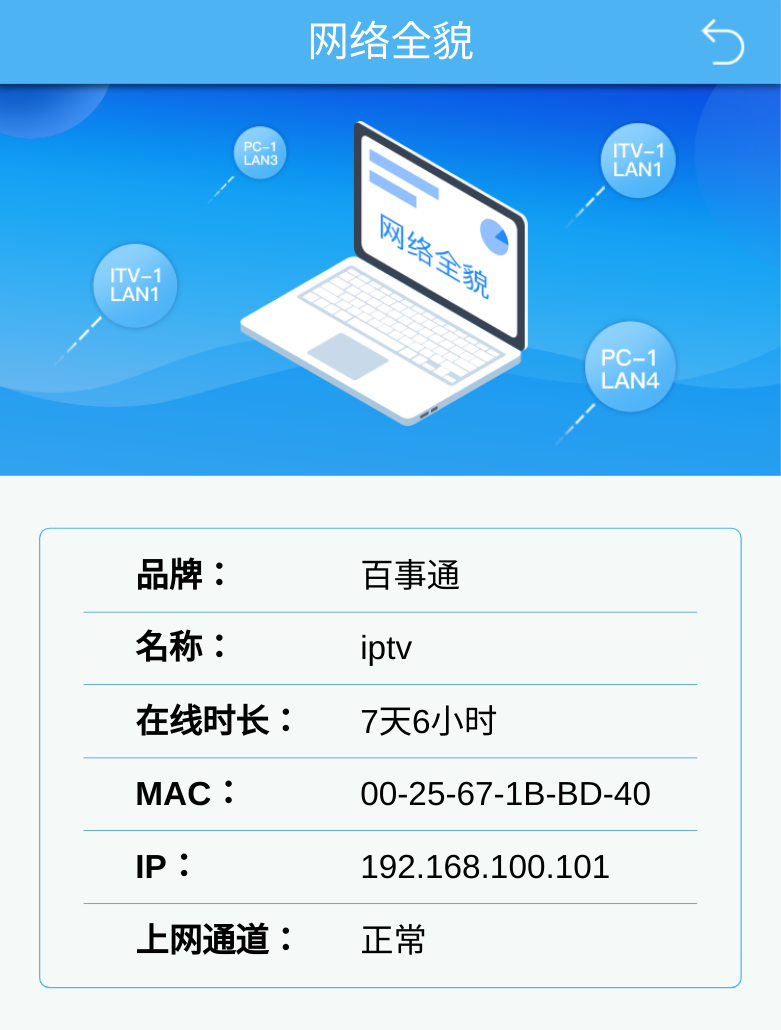
Repository: wangbiaozy/8.24
Page: index_1.html
The author's editor kept a copy of each file at every save. The page is drawn from the files as they stood at one save, then again after the next save.
The browser window is 1280 px wide. The pictures show the whole page, at 61% of full size.

Above is the page before, as saved 2018-08-22 17:01:53.

### index_1.html
<!DOCTYPE html>
<html lang="en">
<head>
    <meta charset="UTF-8">
    <meta name="viewport"
          content="width=device-width, user-scalable=no, initial-scale=1.0, maximum-scale=1.0, minimum-scale=1.0">
    <title>Title</title>
    <link rel="stylesheet" href="css/reset.min.css">
    <link rel="stylesheet/less" href="css/styles_1.less">
    <script src="js/less-1.7.0.min.js"></script>
</head>
<body>
    <header>
        <p>网络全貌</p>
        <a class="back" href="javascript:void(0)"></a>
    </header>
    <section></section>
    <main>
        <ul>
            <li>
                <p>品牌：<span>百事通</span></p>
            </li>
            <li>
                <p>名称：<span>iptv</span></p>
            </li>
            <li>
                <p>在线时长：<span>7天6小时</span></p>
            </li>
            <li>
                <p>MAC：<span>00-25-67-1B-BD-40</span></p>
            </li>
            <li>
                <p>IP：<span>192.168.100.101</span></p>
            </li>
            <li>
                <p>上网通道：<span>正常</span></p>
            </li>
        </ul>
    </main>
</body>
</html>
<script src="js/jquery-1.10.1.min.js"></script>
<script src="js/index.js"></script>

### css/reset.min.css
@charset "utf-8";
/*默认样式清除和初始化*/
body,h1,h2,h3,h4,h5,h6,hr,p,blockquote,dl,dt,dd,ul,ol,li,button,input,textarea,th,td{margin:0;padding:0}body{font-size:12px;font-style:normal;font-family:"\5FAE\8F6F\96C5\9ED1",Helvetica,sans-serif}small{font-size:12px}h1{font-size:18px}h2{font-size:16px}h3{font-size:14px}h4,h5,h6{font-size:100%}ul,ol{list-style:none}a{text-decoration:none;background-color:transparent}a:hover,a:active{outline-width:0;text-decoration:none}table{border-collapse:collapse;border-spacing:0}hr{border:0;height:1px}img{border-style:none}img:not([src]){display:none}svg:not(:root){overflow:hidden}html{-webkit-touch-callout:none;-webkit-text-size-adjust:100%}input,textarea,button,a{-webkit-tap-highlight-color:rgba(0,0,0,0)}article,aside,details,figcaption,figure,footer,header,main,menu,nav,section,summary{display:block}audio,canvas,progress,video{display:inline-block}audio:not([controls]),video:not([controls]){display:none;height:0}progress{vertical-align:baseline}mark{background-color:#ff0;color:#000}sub,sup{position:relative;font-size:75%;line-height:0;vertical-align:baseline}sub{bottom:-0.25em}sup{top:-0.5em}button,input,select,textarea{font-size:100%;outline:0}button,input{overflow:visible}button,select{text-transform:none}textarea{overflow:auto}button,html [type="button"],[type="reset"],[type="submit"]{-webkit-appearance:button}button::-moz-focus-inner,[type="button"]::-moz-focus-inner,[type="reset"]::-moz-focus-inner,[type="submit"]::-moz-focus-inner{border-style:none;padding:0}button:-moz-focusring,[type="button"]:-moz-focusring,[type="reset"]:-moz-focusring,[type="submit"]:-moz-focusring{outline:1px dotted ButtonText}[type="checkbox"],[type="radio"]{box-sizing:border-box;padding:0}[type="number"]::-webkit-inner-spin-button,[type="number"]::-webkit-outer-spin-button{height:auto}[type="search"]{-webkit-appearance:textfield;outline-offset:-2px}[type="search"]::-webkit-search-cancel-button,[type="search"]::-webkit-search-decoration{-webkit-appearance:none}::-webkit-input-placeholder{color:inherit;opacity:.54}::-webkit-file-upload-button{-webkit-appearance:button;font:inherit}.clear:after{display:block;height:0;content:"";clear:both}
*{ -webkit-tap-highlight-color: rgba(0,0,0,0);-webkit-tap-highlight-color: transparent; /* For some Androids */ }

### js/index.js
(function (doc, win) {
    var docEl = doc.documentElement,
        resizeEvt = 'orientationchange' in window ? 'orientationchange' : 'resize',
        recalc = function () {
            var clientWidth = docEl.clientWidth;
            if (!clientWidth) return;
            docEl.style.fontSize = 100 * (clientWidth / 750) + 'px';
        };
    if (!doc.addEventListener) return;
    win.addEventListener(resizeEvt, recalc, false);
    doc.addEventListener('DOMContentLoaded', recalc, false);
})(document, window);
$(function () {

    //一键体检
    $('#beforeBtn').on('click',function(){
        $('.before').hide();
        $('.check').show();
        $('.progress').circleProgress({
            value: 1,
            size: 115,
            startAngle: Math.PI/2,
            thickness: 14,
            animation: {duration:12000},//进度条完成时间（ms）
            fill: {
                gradient: ["#32edfd"]
            },
            //circle-animation-start：	function(event)-event - jQ事件
            //circle-animation-progress：	function(event, animationProgress, stepValue)：-event - jQ事件 animationProgress - 从0.0到1.0stepValue - 当前的步长值，从0.0到value
            //circle-animation-end:	function(event)：-event - jQ事件
        }).on('circle-animation-progress', function (event, progress, stepValue) {
                $(this).find('span').html(parseInt(stepValue.toFixed(2) * 100));
        }).on('circle-animation-end',function(){
            $('.message').removeClass('move');
            stop();
            $('.check').hide();
            $('.result').show();
        });
        start();
        messageMove();
    });


    //检查项滚动
    var messageInnerText = '1111';
    function messageScroll(){
        $('.message').children('li:first-child').remove();
        $('.message').append('<li>'+messageInnerText+'</li>');
        if(!$('.message').hasClass('move')){
            window.clearInterval(timer);
        }
    }
    function messageMove(){
        timer = window.setInterval(messageScroll,500);
    }


    //检测时间
    var hour,minute,second;
    hour=minute=second=0;
    var millisecond=0;
    var int;
    function start(){
        int=setInterval(times,50);
    }
    function times(){
        millisecond=millisecond+50;
        if(millisecond>=1000){
            millisecond=0;
            second=second+1;
        }
        if(second>=60){
            second=0;
            minute=minute+1;
        }

        if(minute>=60){
            minute=0;
            hour=hour+1;
        }
      $('#timeText').text((hour<10?"0"+hour:hour)+':'+(minute<10?"0"+minute:minute)+':'+(second<10?"0"+second:second));
    }
    function stop(){
        window.clearInterval(int);
    }


    //查看详细清单下拉
    $('.arrow').on('click',function(){
        var $this = $(this),
            $listBox = $(this).siblings('div');
        $listBox.slideToggle("normal",function(){
            if($listBox.css('display') === 'block'){
                $this.addClass('act');
                $this.siblings('p').css('opacity','0');
            }else{
                $this.removeClass('act');
                $this.siblings('p').css('opacity','1');
            }
        });
    });



    //网关重启 WIFI开关 LED指示灯开关 查看黑名单
    $('#controlBox').on('click','a',function(){
        var $this = $(this);
        if($this.hasClass('off')){
            $this.removeClass('off');
        }else{
            $this.addClass('off');
        }
    });

    $('#look_blacklist').on('click',function(){
        var $blacklist = $('.blacklist');
        $blacklist.slideToggle('normal',function(){
            if($(this).css('display') === 'block'){
                $('#look_blacklist').addClass('act');
                $('.arrow_m').addClass('act');
            }else{
                $('#look_blacklist').removeClass('act');
                $('.arrow_m').removeClass('act');
            }
        });
    });

    //关闭弹窗
    $('.close').on('click',function(){
        $(this).parent().hide();
        hideMask();
    });
    //显示遮罩层
    function showMask(){
        $("#mask").css("height",$(document).height());
        $("#mask").css("width",$(document).width());
        $("#mask").show();
        $('body').css('position','fixed');
    }
    //隐藏遮罩层
    function hideMask(){
        $("#mask").hide();
        $('body').css('position','unset');
    }
});

Loaded but not shown: js/less-1.7.0.min.js (library); js/jquery-1.10.1.min.js (library)

After the next save:
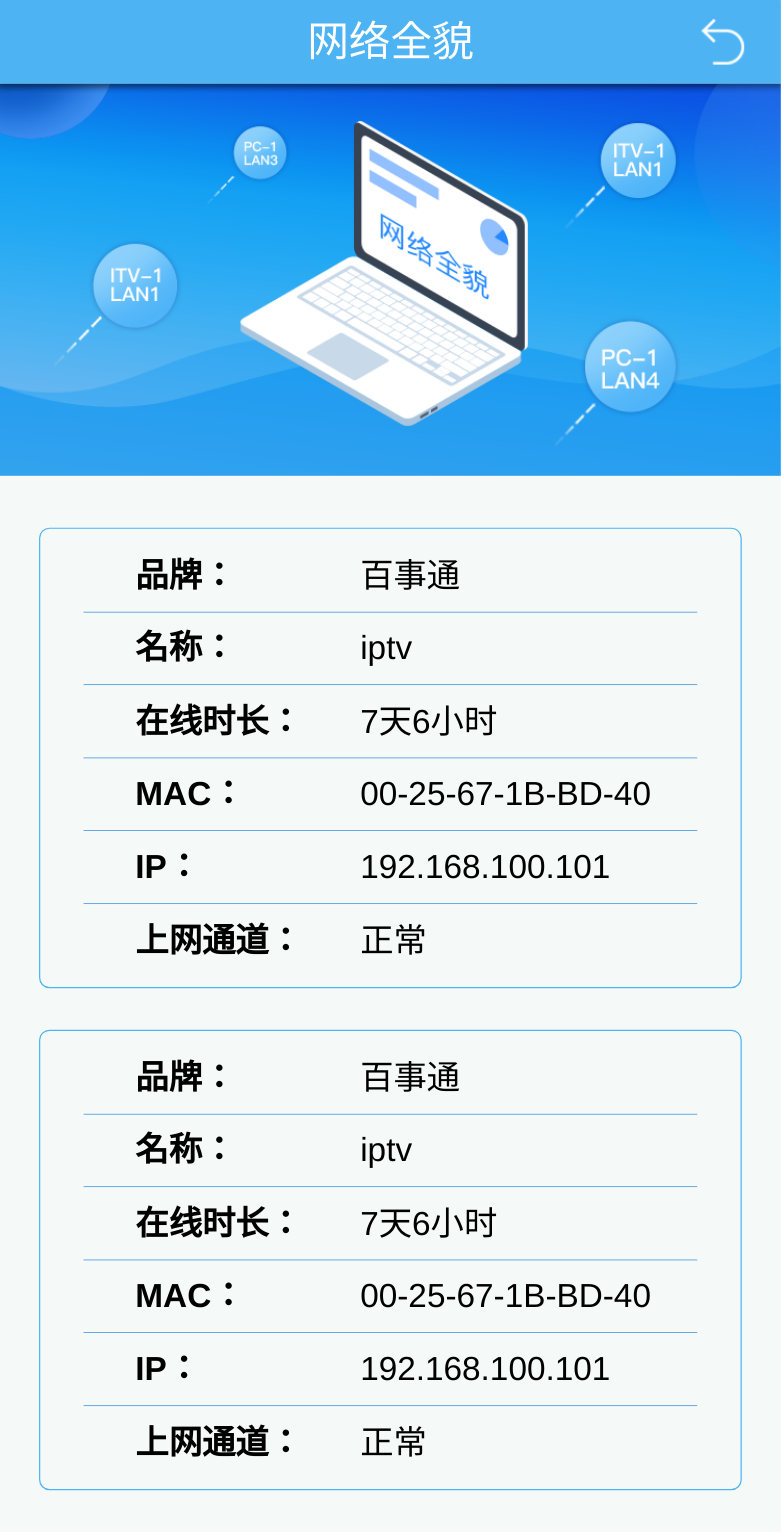
Saved 29 s later.
--- a/index_1.html
+++ b/index_1.html
@@ -36,6 +36,26 @@
                 <p>上网通道：<span>正常</span></p>
             </li>
         </ul>
+        <ul>
+            <li>
+                <p>品牌：<span>百事通</span></p>
+            </li>
+            <li>
+                <p>名称：<span>iptv</span></p>
+            </li>
+            <li>
+                <p>在线时长：<span>7天6小时</span></p>
+            </li>
+            <li>
+                <p>MAC：<span>00-25-67-1B-BD-40</span></p>
+            </li>
+            <li>
+                <p>IP：<span>192.168.100.101</span></p>
+            </li>
+            <li>
+                <p>上网通道：<span>正常</span></p>
+            </li>
+        </ul>
     </main>
 </body>
 </html>
